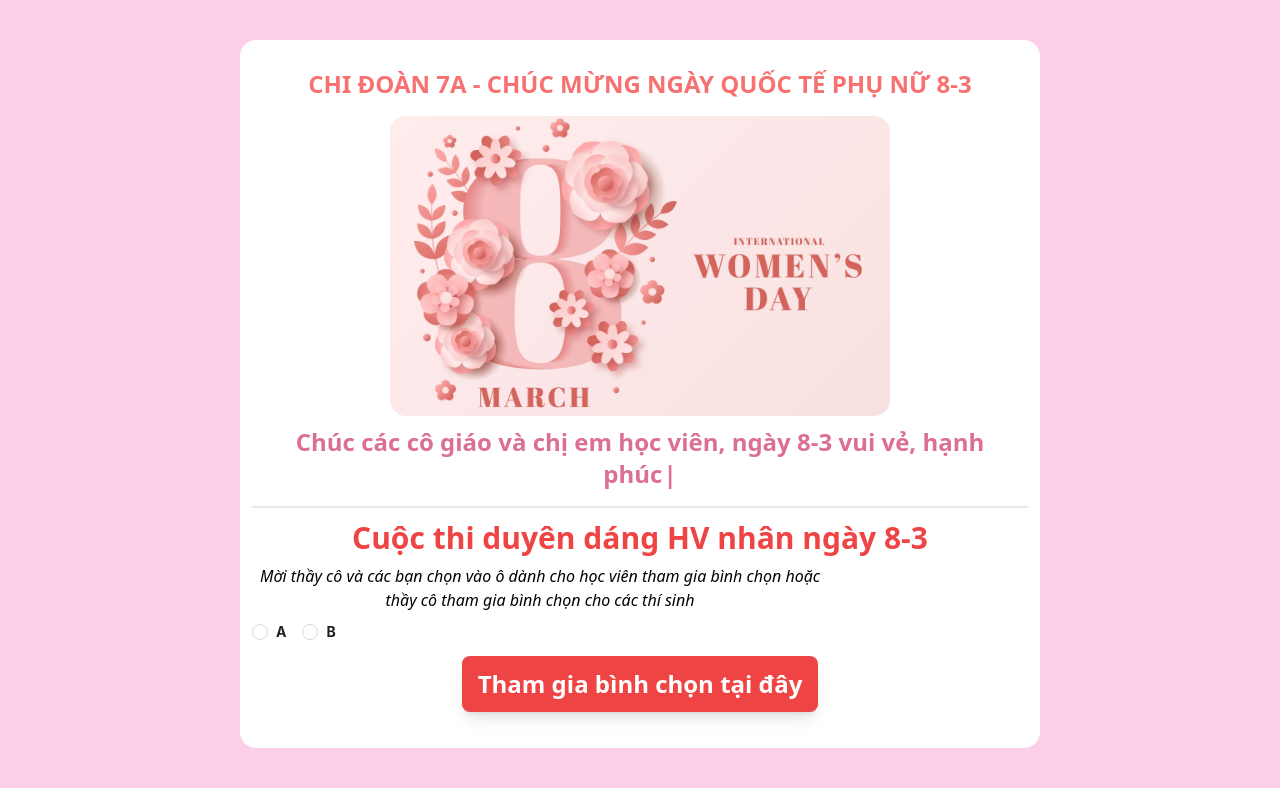
Repository: hoang0508/web-837A
Page: /
These files come from the project's save history. The page is drawn as it stood at one moment and after the next save; the edit follows.
The browser window is 1280 px wide. The pictures show the whole page.
Some web fonts or font styles are not loaded; a fallback is used. The project was rebuilt for these pictures with package versions that can differ from the ones it lists, and the page was loaded fresh each time. Also part of the build but not shown: vite.config.js.

Above is the page before, as saved 2025-02-28 19:42:49.

After the next save:
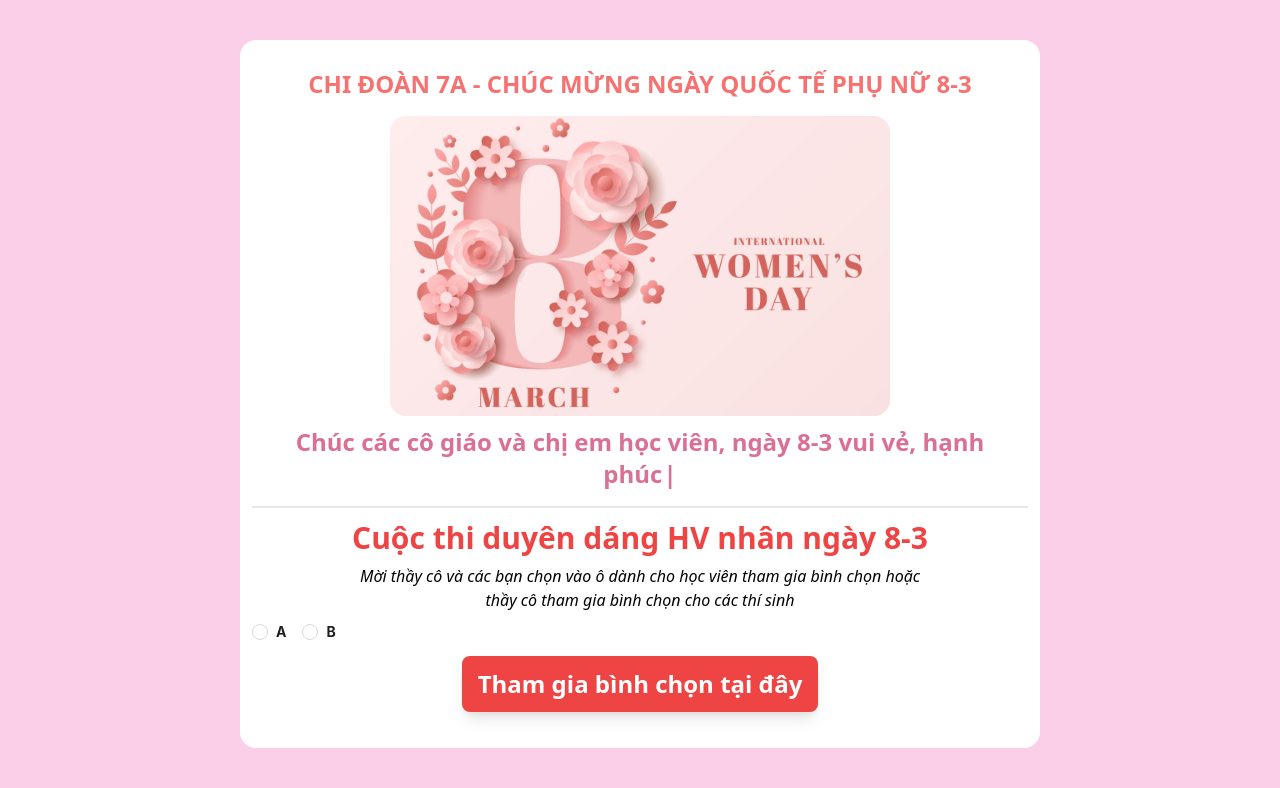
Saved 32 s later.
--- a/src/App.jsx
+++ b/src/App.jsx
@@ -40,10 +40,12 @@ function App() {
             <h3 className="text-center font-bold text-red-500 mb-2 text-3xl">
               Cuộc thi duyên dáng HV nhân ngày 8-3
             </h3>
-            <p className="text-center italic text-base max-w-xl font-light">
-              Mời thầy cô và các bạn chọn vào ô dành cho học viên tham gia bình
-              chọn hoặc thầy cô tham gia bình chọn cho các thí sinh
-            </p>
+            <div className="flex justify-center items-center">
+              <p className="text-center italic text-base max-w-xl font-light">
+                Mời thầy cô và các bạn chọn vào ô dành cho học viên tham gia
+                bình chọn hoặc thầy cô tham gia bình chọn cho các thí sinh
+              </p>
+            </div>
             <Radio.Group
               value={count}
               options={[
